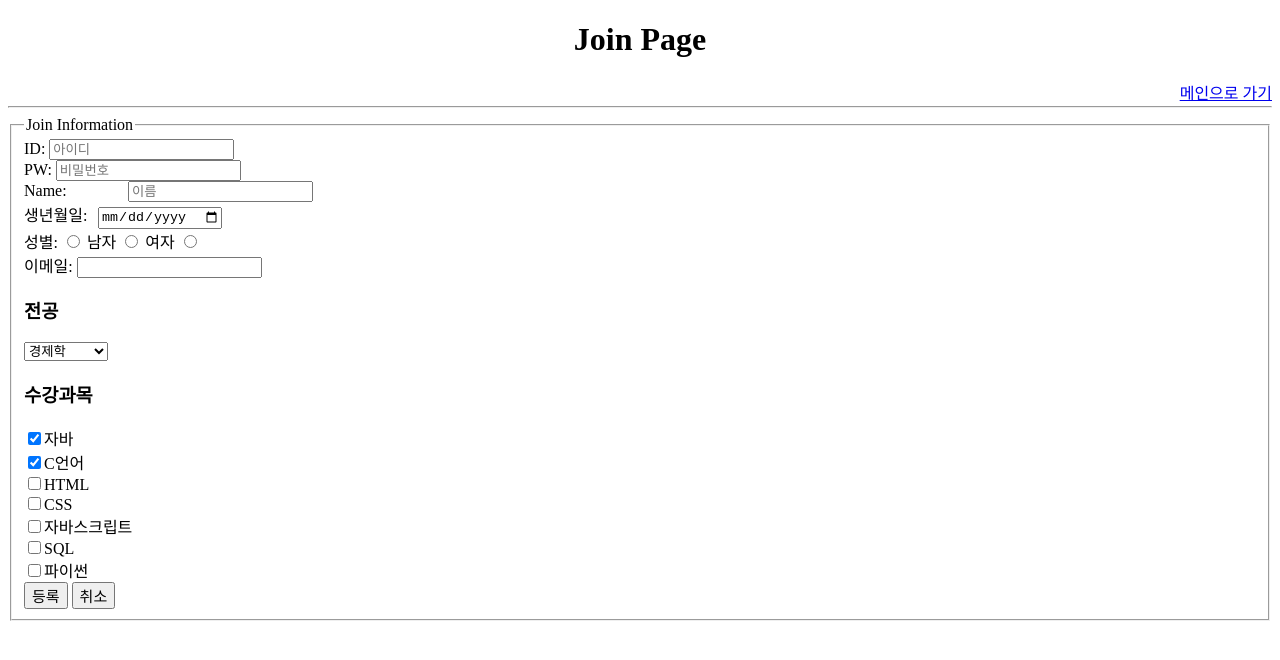
Repository: ByeonYJ/CSSTest
Page: GMSUI/WebContent/member/join.html
These files come from the project's save history. The page is drawn as it stood at one moment and after the next save; the edit follows.
The browser window is 1280 px wide. The pictures show the whole page.

Above is the page before, as saved 2017-07-20 07:22:50.

### GMSUI/WebContent/member/join.html
<!DOCTYPE html>
<html>
<head>
<meta charset="UTF-8">
<title>Member Join </title>
<link rel="stylesheet" href="..css/member.css" />
</head>
<body>
<div id="wrapper">
<h1 id="title">Join Page</h1>
<a id="go_main" href="..index.html">메인으로 가기</a><br/>
<hr/>
<div id="container">
	<form id="join_form "action="">
		<fieldset>
		<legend>Join Information</legend>
			<span id="join_id">ID: </span>
			<input name="id" type="text" placeholder="아이디" /><br />
			<span id="join_pass">PW: </span>
			<input name="password" type="password" placeholder="비밀번호"/><br />
			<span style="width: 100px; display: inline-block;">Name: </span>
			<input name="name" type="text" placeholder="이름"/><br />
			<span style="width: 70px; display: inline-block;">생년월일: </span>
			<input name="birthday" type="date" placeholder="생년월일"/><br />
			성별: <input type="radio" name="gender" value="male"/> 남자
			<input type="radio" name="gender" value="female"/> 여자
			<input type="radio" name="gender" value="female"/>
			<br />
			이메일: <input type="email" name="email"/>
			<h3>전공</h3>
			<select name=major"" id="">
				<option value="computer" >컴퓨터공학</option>
				<option value="economics" selected="selected">경제학</option>
				<option value="tourism">관광학</option>
				<option value="art">미술학</option>
			</select><br />
			<h3>수강과목</h3>
			<input type="checkbox" name="subject" value="java" checked/>자바<br />
			<input type="checkbox" name="subject" value="c" checked/>C언어<br />
			<input type="checkbox" name="subject" value="html"/>HTML<br />
			<input type="checkbox" name="subject" value="css"/>CSS<br />
			<input type="checkbox" name="subject" value="javascript"/>자바스크립트<br />
			<input type="checkbox" name="subject" value="sql"/>SQL<br />
			<input type="checkbox" name="subject" value="python"/>파이썬<br />
			<input type="submit" value="등록" class="bgcolor-blue" style=font-size:15px; width: 280px;/>
			<input type="reset" value="취소" class="bgcolor-red" style=font-size:15px; width: 280px;"/>
		</fieldset>
	</form>
	</div>
</div>
</div>
</body>
</html>

### GMSUI/WebContent/css/member.css
@CHARSET "UTF-8";
@IMPORT "common.css";
/*index.html*/
#index-tab{width: 75%;margin:0 auto;}
#index-tab-tr>td{width: 75%;margin:0 auto;width:30%;text-align: center;border: 1px solid black;}
.index-ul{width: 200px;}
.index-ul>li{border: 1px solid black;}
/*login.html*/
#login_id{color:blue;display:inline-block;fint-size: 30px;width:160px;}
#login_pass{color:blue;font-size:30px}
#login_but{background-color:blue;color:white;width:160px;height}
#login_cancel_btn{background-color:red;color:white;width:160px;height}
/*join.html*/
#joing_id{width: 100px; display: inline-block;}

### GMSUI/WebContent/css/common.css
@CHARSET "UTF-8";
table{border-collapse: collapse;}
#wrapper{width: 100%}
#go_main{float:right}
#title{text-align: center;}
#container{}
.gms-text-center{text-align: center;}
.gms-border-black{border:1px solid black;}
.gms-width-100pro{width:100%;}
.gms-width-30pro{width:30%;}
.gms-text-deco-none{text-decoration: none;}
.gms-margin-auto{margin:0 auto;}
.gms-list-none{list-style-type:none;}
.gms-inline-block{display:inline-block}
.gms-fload-right{float:right}
.gms-bgcolor-blue{background-color:blue;}
.gms-bgcolor-red{background-color:red;}
.gms-border-black{border: 1px solid black;}
.gms-textcolor-white{color:white}
.gms-textcolor-blue{color:blue}

After the next save:
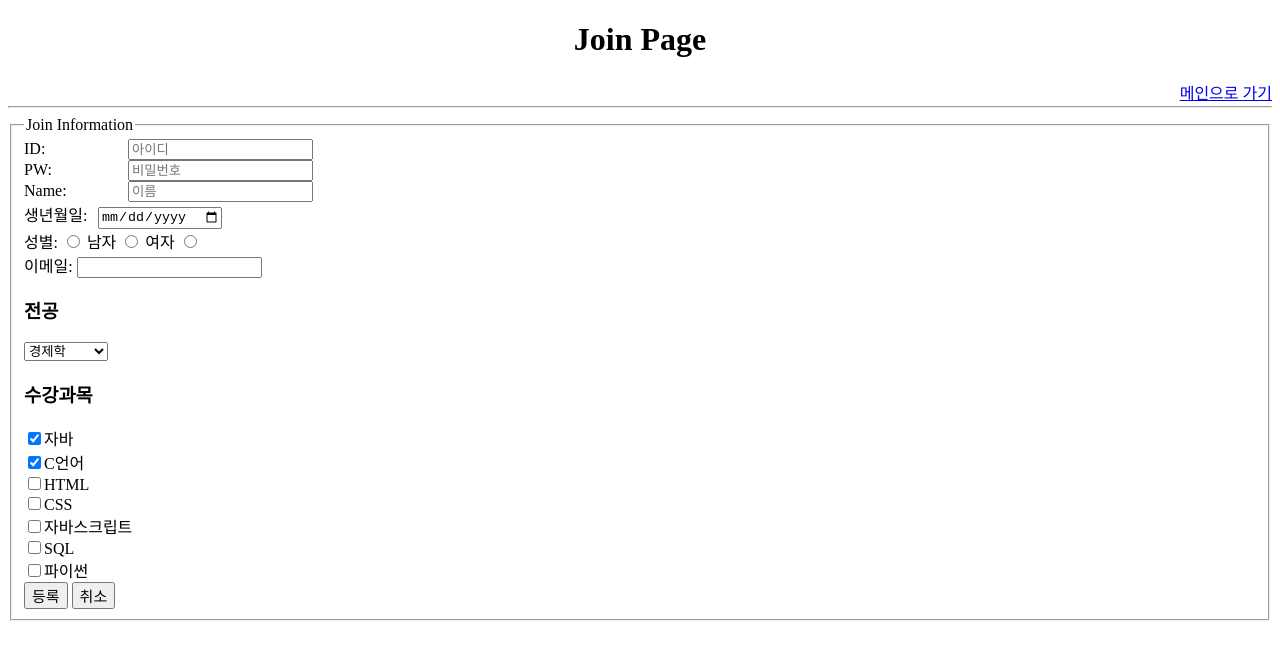
Saved 12 s later.
--- a/GMSUI/WebContent/css/member.css
+++ b/GMSUI/WebContent/css/member.css
@@ -11,4 +11,5 @@
 #login_but{background-color:blue;color:white;width:160px;height}
 #login_cancel_btn{background-color:red;color:white;width:160px;height}
 /*join.html*/
-#joing_id{width: 100px; display: inline-block;}
+#join_id{width: 100px; display: inline-block;}
+#join_pass{width: 100px; display: inline-block;}
